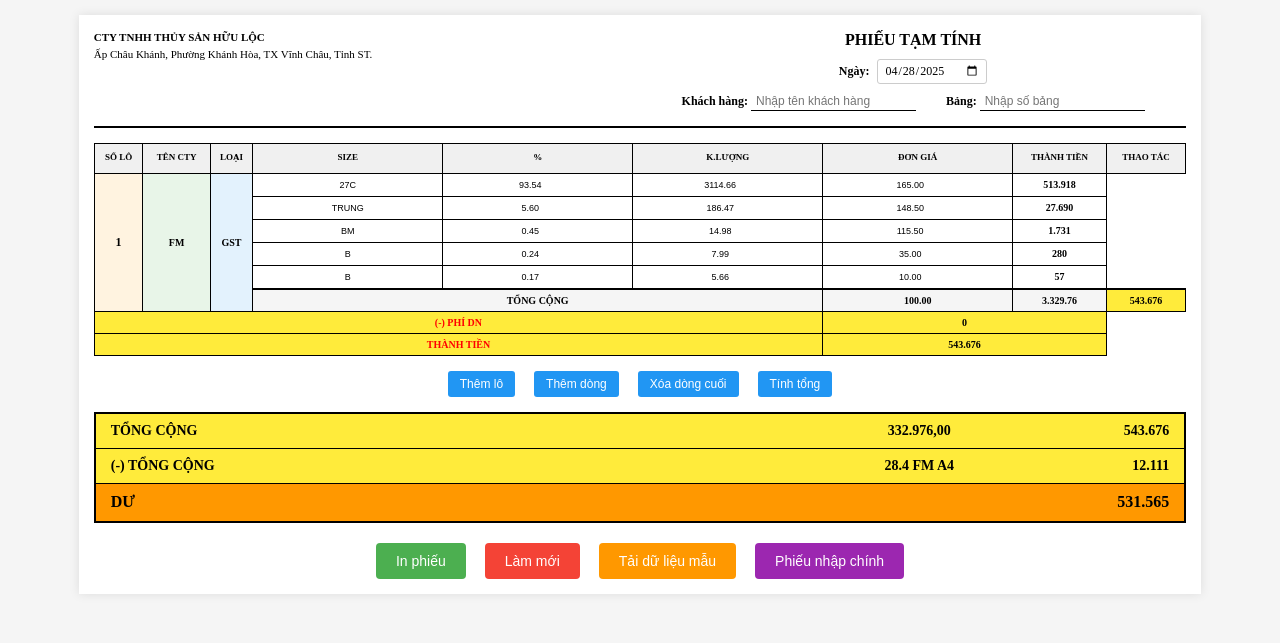
Repository: manhtuong0503/tom-nguyen-lieu
Page: phieu-tam-tinh.html
These files come from the project's save history. The page is drawn as it stood at one moment and after the next save; the edit follows.
The browser window is 1280 px wide. The pictures show the whole page.

Above is the page before, as saved 2025-08-02 15:56:55.

### phieu-tam-tinh.html
<!DOCTYPE html>
<html lang="vi">
<head>
    <meta charset="UTF-8">
    <meta name="viewport" content="width=device-width, initial-scale=1.0">
    <title>Phiếu Tạm Tính</title>
    <link rel="stylesheet" href="phieu-tam-tinh.css">
</head>
<body>
    <div class="container">
        <div class="header">
            <div class="company-info">
                <p><strong>CTY TNHH THỦY SẢN HỮU LỘC</strong></p>
                <p>Ấp Châu Khánh, Phường Khánh Hòa, TX Vĩnh Châu, Tỉnh ST.</p>
            </div>
            <div class="document-info">
                <h2>PHIẾU TẠM TÍNH</h2>
                <div class="date-input-section">
                    <label>Ngày:
                        <input type="date" id="document-date" class="date-input" value="2025-04-28">
                    </label>
                </div>
                <div class="customer-section">
                    <label>Khách hàng: <input type="text" id="khach-hang" placeholder="Nhập tên khách hàng"></label>
                    <label style="margin-left: 20px;">Bảng: <input type="text" id="bang" placeholder="Nhập số bảng"></label>
                </div>
            </div>
        </div>

        <table class="invoice-table">
            <thead>
                <tr>
                    <th rowspan="2">SỐ LÔ</th>
                    <th rowspan="2">TÊN CTY</th>
                    <th rowspan="2">LOẠI</th>
                    <th rowspan="2">SIZE</th>
                    <th rowspan="2">%</th>
                    <th rowspan="2">K.LƯỢNG</th>
                    <th rowspan="2">ĐƠN GIÁ</th>
                    <th rowspan="2">THÀNH TIỀN</th>
                    <th rowspan="2">THAO TÁC</th>
                </tr>
                <tr class="sub-header">
                    <!-- Dòng này để tạo không gian cho header 2 tầng -->
                </tr>
            </thead>
            <tbody id="invoice-items">
                <!-- Lô 1 -->
                <tr class="lot-row">
                    <td rowspan="6" class="lot-number">1</td>
                    <td rowspan="6" class="company-name">FM</td>
                    <td rowspan="6" class="product-type">GST</td>
                    <td><input type="text" class="item-input" name="size" value="27C"></td>
                    <td><input type="number" class="item-input" name="percent" step="0.01" value="93.54"></td>
                    <td><input type="number" class="item-input" name="weight" step="0.01" value="3114.66"></td>
                    <td><input type="number" class="item-input" name="price" step="0.01" value="165.00" onchange="calculateRowTotal(this)"></td>
                    <td class="thanh-tien">513.918</td>
                </tr>
                <tr>
                    <td><input type="text" class="item-input" name="size" value="TRUNG"></td>
                    <td><input type="number" class="item-input" name="percent" step="0.01" value="5.60"></td>
                    <td><input type="number" class="item-input" name="weight" step="0.01" value="186.47"></td>
                    <td><input type="number" class="item-input" name="price" step="0.01" value="148.50" onchange="calculateRowTotal(this)"></td>
                    <td class="thanh-tien">27.690</td>
                </tr>
                <tr>
                    <td><input type="text" class="item-input" name="size" value="BM"></td>
                    <td><input type="number" class="item-input" name="percent" step="0.01" value="0.45"></td>
                    <td><input type="number" class="item-input" name="weight" step="0.01" value="14.98"></td>
                    <td><input type="number" class="item-input" name="price" step="0.01" value="115.50" onchange="calculateRowTotal(this)"></td>
                    <td class="thanh-tien">1.731</td>
                </tr>
                <tr>
                    <td><input type="text" class="item-input" name="size" value="B"></td>
                    <td><input type="number" class="item-input" name="percent" step="0.01" value="0.24"></td>
                    <td><input type="number" class="item-input" name="weight" step="0.01" value="7.99"></td>
                    <td><input type="number" class="item-input" name="price" step="0.01" value="35.00" onchange="calculateRowTotal(this)"></td>
                    <td class="thanh-tien">280</td>
                </tr>
                <tr>
                    <td><input type="text" class="item-input" name="size" value="B"></td>
                    <td><input type="number" class="item-input" name="percent" step="0.01" value="0.17"></td>
                    <td><input type="number" class="item-input" name="weight" step="0.01" value="5.66"></td>
                    <td><input type="number" class="item-input" name="price" step="0.01" value="10.00" onchange="calculateRowTotal(this)"></td>
                    <td class="thanh-tien">57</td>
                </tr>
                <tr class="total-row">
                    <td colspan="3"><strong>TỔNG CỘNG</strong></td>
                    <td class="total-percent">100.00</td>
                    <td class="total-weight">3.329.76</td>
                    <td colspan="1" style="background-color: #ffeb3b;"><strong>543.676</strong></td>
                </tr>
                <tr class="phidn-row">
                    <td colspan="6" style="text-align: center; color: red;"><strong>(-) PHÍ DN</strong></td>
                    <td colspan="2" style="background-color: #ffeb3b;">0</td>
                </tr>
                <tr class="thanhtien-row">
                    <td colspan="6" style="text-align: center; color: red;"><strong>THÀNH TIỀN</strong></td>
                    <td colspan="2" style="background-color: #ffeb3b;"><strong>543.676</strong></td>
                </tr>
            </tbody>
        </table>

        <div class="action-buttons">
            <button type="button" onclick="addLot()">Thêm lô</button>
            <button type="button" onclick="addRowToCurrentLot()">Thêm dòng</button>
            <button type="button" onclick="removeLastRow()">Xóa dòng cuối</button>
            <button type="button" onclick="calculateAllTotals()">Tính tổng</button>
        </div>

        <div class="grand-totals">
            <div class="grand-total-row">
                <span class="label">TỔNG CỘNG</span>
                <span class="total-qty" id="total-quantity">10.316.95</span>
                <span class="total-amount" id="total-amount">1.459.048</span>
            </div>
            <div class="grand-total-row">
                <span class="label">(-) TỔNG CỘNG</span>
                <span class="total-qty">28.4 FM A4</span>
                <span class="total-amount" id="total-deduction">12.111</span>
            </div>
            <div class="grand-total-row final">
                <span class="label"><strong>DƯ</strong></span>
                <span class="total-qty"></span>
                <span class="total-amount" id="final-total">1.446.937</span>
            </div>
        </div>

        <div class="print-buttons">
            <button type="button" onclick="printInvoice()" class="print-btn">In phiếu</button>
            <button type="button" onclick="clearForm()" class="clear-btn">Làm mới</button>
            <button type="button" onclick="loadSampleData()" class="sample-btn">Tải dữ liệu mẫu</button>
            <button type="button" onclick="goToMainInvoice()" class="nav-btn">Phiếu nhập chính</button>
        </div>
    </div>

    <script src="phieu-tam-tinh.js"></script>
</body>
</html>

### phieu-tam-tinh.css
* {
    margin: 0;
    padding: 0;
    box-sizing: border-box;
}

body {
    font-family: 'Times New Roman', serif;
    font-size: 12px;
    line-height: 1.3;
    background-color: #f5f5f5;
    padding: 15px;
}

.container {
    max-width: 297mm; /* A4 landscape */
    background: white;
    margin: 0 auto;
    padding: 15px;
    box-shadow: 0 0 10px rgba(0,0,0,0.1);
}

.header {
    display: flex;
    justify-content: space-between;
    margin-bottom: 15px;
    border-bottom: 2px solid #000;
    padding-bottom: 10px;
}

.company-info {
    flex: 1;
    font-size: 11px;
}

.company-info p {
    margin-bottom: 3px;
}

.document-info {
    flex: 1;
    text-align: center;
}

.document-info h2 {
    font-size: 16px;
    font-weight: bold;
    margin-bottom: 8px;
    text-transform: uppercase;
}

.date-input-section {
    margin-bottom: 8px;
}

.date-input-section label {
    display: flex;
    align-items: center;
    justify-content: center;
    gap: 8px;
    font-weight: bold;
    font-size: 12px;
}

.date-input {
    border: 1px solid #ccc;
    border-radius: 3px;
    padding: 3px 6px;
    font-size: 12px;
    font-family: inherit;
}

.customer-section {
    display: flex;
    justify-content: center;
    align-items: center;
    gap: 10px;
    margin-bottom: 5px;
}

.customer-section label {
    font-weight: bold;
    font-size: 12px;
}

.customer-section input {
    border: none;
    border-bottom: 1px solid #000;
    padding: 2px 5px;
    font-size: 12px;
    min-width: 100px;
}

.invoice-table {
    width: 100%;
    border-collapse: collapse;
    margin-bottom: 15px;
    font-size: 10px;
}

.invoice-table th,
.invoice-table td {
    border: 1px solid #000;
    padding: 4px 2px;
    text-align: center;
    vertical-align: middle;
}

.invoice-table th {
    background-color: #f0f0f0;
    font-weight: bold;
    font-size: 9px;
    height: 30px;
}

.sub-header {
    height: 0;
    border: none;
}

.sub-header td {
    border: none;
    padding: 0;
    height: 0;
}

.lot-number {
    font-weight: bold;
    font-size: 12px;
    background-color: #fff3e0;
    vertical-align: middle;
}

.company-name {
    font-weight: bold;
    background-color: #e8f5e8;
    vertical-align: middle;
}

.product-type {
    font-weight: bold;
    background-color: #e3f2fd;
    vertical-align: middle;
}

.item-input {
    border: none;
    background: transparent;
    width: 100%;
    text-align: center;
    padding: 2px;
    font-size: 9px;
}

.thanh-tien {
    font-weight: bold;
    text-align: right;
    padding-right: 4px;
}

.total-row {
    background-color: #f5f5f5;
    font-weight: bold;
}

.total-row td {
    border-top: 2px solid #000;
}

.phidn-row,
.thanhtien-row {
    background-color: #ffeb3b;
}

.phidn-row td,
.thanhtien-row td {
    font-weight: bold;
}

.action-buttons {
    margin-bottom: 15px;
    text-align: center;
}

.action-buttons button {
    margin: 0 8px;
    padding: 6px 12px;
    background-color: #2196F3;
    color: white;
    border: none;
    border-radius: 3px;
    cursor: pointer;
    font-size: 12px;
}

.action-buttons button:hover {
    background-color: #1976D2;
}

.grand-totals {
    margin-bottom: 20px;
    border: 2px solid #000;
    background-color: #ffeb3b;
}

.grand-total-row {
    display: grid;
    grid-template-columns: 1fr 200px 150px;
    padding: 8px 15px;
    border-bottom: 1px solid #000;
    font-size: 14px;
    font-weight: bold;
}

.grand-total-row:last-child {
    border-bottom: none;
}

.grand-total-row.final {
    background-color: #ff9800;
    font-size: 16px;
}

.label {
    text-align: left;
}

.total-qty {
    text-align: center;
}

.total-amount {
    text-align: right;
}

.print-buttons {
    text-align: center;
    margin-top: 15px;
}

.print-btn, .clear-btn, .sample-btn, .nav-btn {
    padding: 10px 20px;
    margin: 0 8px;
    font-size: 14px;
    border: none;
    border-radius: 4px;
    cursor: pointer;
}

.print-btn {
    background-color: #4CAF50;
    color: white;
}

.print-btn:hover {
    background-color: #45a049;
}

.clear-btn {
    background-color: #f44336;
    color: white;
}

.clear-btn:hover {
    background-color: #da190b;
}

.sample-btn {
    background-color: #FF9800;
    color: white;
}

.sample-btn:hover {
    background-color: #F57C00;
}

.nav-btn {
    background-color: #9C27B0;
    color: white;
}

.nav-btn:hover {
    background-color: #7B1FA2;
}

/* Print styles */
@media print {
    @page {
        size: A4 landscape;
        margin: 10mm;
    }

    body {
        background: white;
        padding: 0;
        font-size: 10px;
    }

    .container {
        box-shadow: none;
        max-width: none;
        padding: 0;
        margin: 0;
    }

    .print-buttons,
    .action-buttons {
        display: none !important;
    }

    .header {
        margin-bottom: 10px;
        padding-bottom: 8px;
    }

    .invoice-table {
        font-size: 8px;
        margin-bottom: 10px;
    }

    .invoice-table th,
    .invoice-table td {
        padding: 2px 1px;
    }

    .date-input,
    .customer-section input,
    .item-input {
        border: none;
        background: transparent;
        -webkit-print-color-adjust: exact;
        print-color-adjust: exact;
    }

    .date-input-section label {
        font-style: italic;
    }

    .grand-totals {
        margin-bottom: 0;
    }

    .grand-total-row {
        padding: 5px 10px;
        font-size: 12px;
    }

    .grand-total-row.final {
        font-size: 14px;
    }

    /* Màu nền cho print */
    .lot-number,
    .company-name,
    .product-type,
    .total-row,
    .phidn-row,
    .thanhtien-row,
    .grand-totals,
    .grand-total-row.final {
        -webkit-print-color-adjust: exact;
        print-color-adjust: exact;
    }
}

/* Responsive design */
@media (max-width: 1200px) {
    .container {
        padding: 10px;
        font-size: 11px;
    }

    .header {
        flex-direction: column;
        text-align: center;
    }

    .customer-section {
        flex-direction: column;
        gap: 5px;
    }

    .invoice-table {
        font-size: 9px;
    }

    .grand-total-row {
        grid-template-columns: 1fr 150px 120px;
        padding: 6px 10px;
        font-size: 12px;
    }
}

/* Animation for adding rows */
@keyframes fadeIn {
    from { opacity: 0; }
    to { opacity: 1; }
}

.invoice-table tbody tr {
    animation: fadeIn 0.3s ease-in;
}

Loaded but not shown: phieu-tam-tinh.js (439 lines, source omitted)

After the next save:
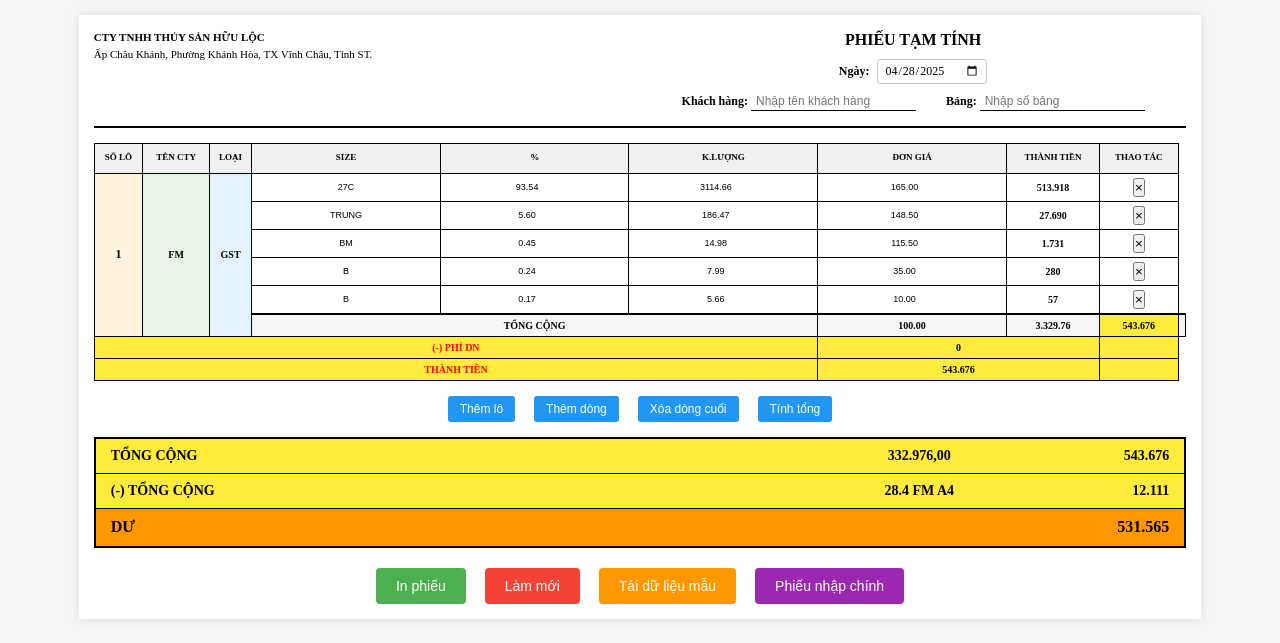
Saved 37 s later.
--- a/phieu-tam-tinh.html
+++ b/phieu-tam-tinh.html
@@ -55,6 +55,7 @@
                     <td><input type="number" class="item-input" name="weight" step="0.01" value="3114.66"></td>
                     <td><input type="number" class="item-input" name="price" step="0.01" value="165.00" onchange="calculateRowTotal(this)"></td>
                     <td class="thanh-tien">513.918</td>
+                    <td class="action-cell"><button type="button" class="delete-btn" onclick="deleteRow(this)" title="Xóa dòng">×</button></td>
                 </tr>
                 <tr>
                     <td><input type="text" class="item-input" name="size" value="TRUNG"></td>
@@ -62,6 +63,7 @@
                     <td><input type="number" class="item-input" name="weight" step="0.01" value="186.47"></td>
                     <td><input type="number" class="item-input" name="price" step="0.01" value="148.50" onchange="calculateRowTotal(this)"></td>
                     <td class="thanh-tien">27.690</td>
+                    <td class="action-cell"><button type="button" class="delete-btn" onclick="deleteRow(this)" title="Xóa dòng">×</button></td>
                 </tr>
                 <tr>
                     <td><input type="text" class="item-input" name="size" value="BM"></td>
@@ -69,6 +71,7 @@
                     <td><input type="number" class="item-input" name="weight" step="0.01" value="14.98"></td>
                     <td><input type="number" class="item-input" name="price" step="0.01" value="115.50" onchange="calculateRowTotal(this)"></td>
                     <td class="thanh-tien">1.731</td>
+                    <td class="action-cell"><button type="button" class="delete-btn" onclick="deleteRow(this)" title="Xóa dòng">×</button></td>
                 </tr>
                 <tr>
                     <td><input type="text" class="item-input" name="size" value="B"></td>
@@ -76,6 +79,7 @@
                     <td><input type="number" class="item-input" name="weight" step="0.01" value="7.99"></td>
                     <td><input type="number" class="item-input" name="price" step="0.01" value="35.00" onchange="calculateRowTotal(this)"></td>
                     <td class="thanh-tien">280</td>
+                    <td class="action-cell"><button type="button" class="delete-btn" onclick="deleteRow(this)" title="Xóa dòng">×</button></td>
                 </tr>
                 <tr>
                     <td><input type="text" class="item-input" name="size" value="B"></td>
@@ -83,20 +87,24 @@
                     <td><input type="number" class="item-input" name="weight" step="0.01" value="5.66"></td>
                     <td><input type="number" class="item-input" name="price" step="0.01" value="10.00" onchange="calculateRowTotal(this)"></td>
                     <td class="thanh-tien">57</td>
+                    <td class="action-cell"><button type="button" class="delete-btn" onclick="deleteRow(this)" title="Xóa dòng">×</button></td>
                 </tr>
                 <tr class="total-row">
                     <td colspan="3"><strong>TỔNG CỘNG</strong></td>
                     <td class="total-percent">100.00</td>
                     <td class="total-weight">3.329.76</td>
                     <td colspan="1" style="background-color: #ffeb3b;"><strong>543.676</strong></td>
+                    <td class="action-cell"></td>
                 </tr>
                 <tr class="phidn-row">
                     <td colspan="6" style="text-align: center; color: red;"><strong>(-) PHÍ DN</strong></td>
                     <td colspan="2" style="background-color: #ffeb3b;">0</td>
+                    <td class="action-cell"></td>
                 </tr>
                 <tr class="thanhtien-row">
                     <td colspan="6" style="text-align: center; color: red;"><strong>THÀNH TIỀN</strong></td>
                     <td colspan="2" style="background-color: #ffeb3b;"><strong>543.676</strong></td>
+                    <td class="action-cell"></td>
                 </tr>
             </tbody>
         </table>
